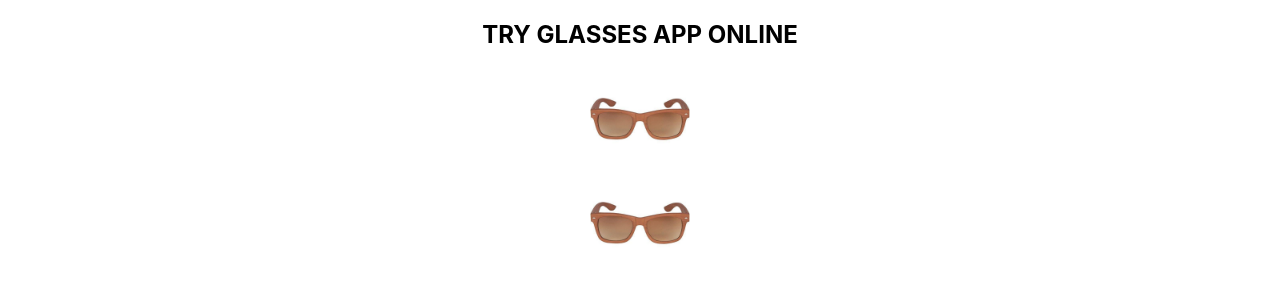
Repository: phongthanhh/ChoseGlass
Page: /
The author's editor kept a copy of each file at every save. The page is drawn from the files as they stood at one save, then again after a run of saves.
The browser window is 1280 px wide. The pictures show the whole page.
The project was rebuilt for these pictures with package versions that can differ from the ones it lists, and the page was loaded fresh each time.

Above is the page before, as saved 2022-12-25 15:29:40.

After the next 3 saves:
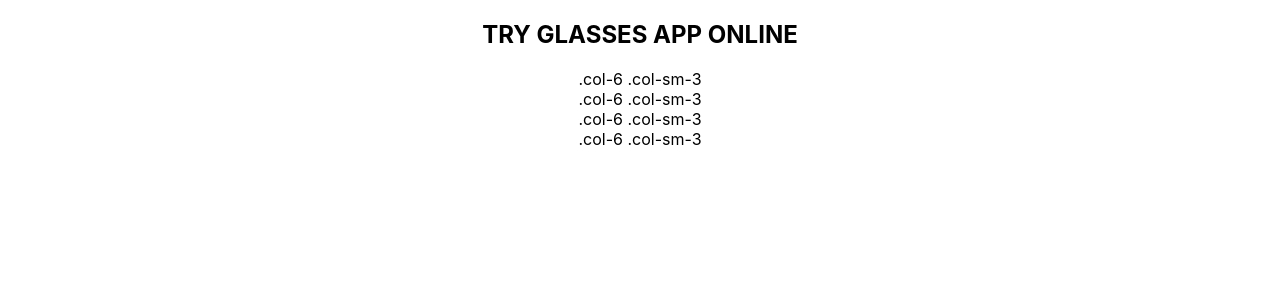
The 3 saves are shown as one change because 2 did not build or start.
The last was saved 2 min 7 s later.
--- a/src/ChoseGlass/BTGlass.jsx
+++ b/src/ChoseGlass/BTGlass.jsx
@@ -86,14 +86,15 @@
                     <h2>TRY GLASSES APP ONLINE</h2>
                     <div className="item">
                         <div className="row">
-                            {/* {this.renderListGlass()} */}
-                            <div className="col-6">
-                                <img style={{ width: '100px' }} src='./img/g1.jpg' alt="" />
-                            </div>
-                            <div className="col-6">
-                                <img style={{ width: '100px' }} src='./img/g1.jpg' alt="" />
-                            </div>
+                            <div className="col-6 col-sm-3">.col-6 .col-sm-3</div>
+                            <div className="col-6 col-sm-3">.col-6 .col-sm-3</div>
+                            {/* Force next columns to break to new line */}
+                            <div className="w-100" />
+                            <div className="col-6 col-sm-3">.col-6 .col-sm-3</div>
+                            <div className="col-6 col-sm-3">.col-6 .col-sm-3</div>
                         </div>
+
+
                     </div>
                 </section>
             </div>
